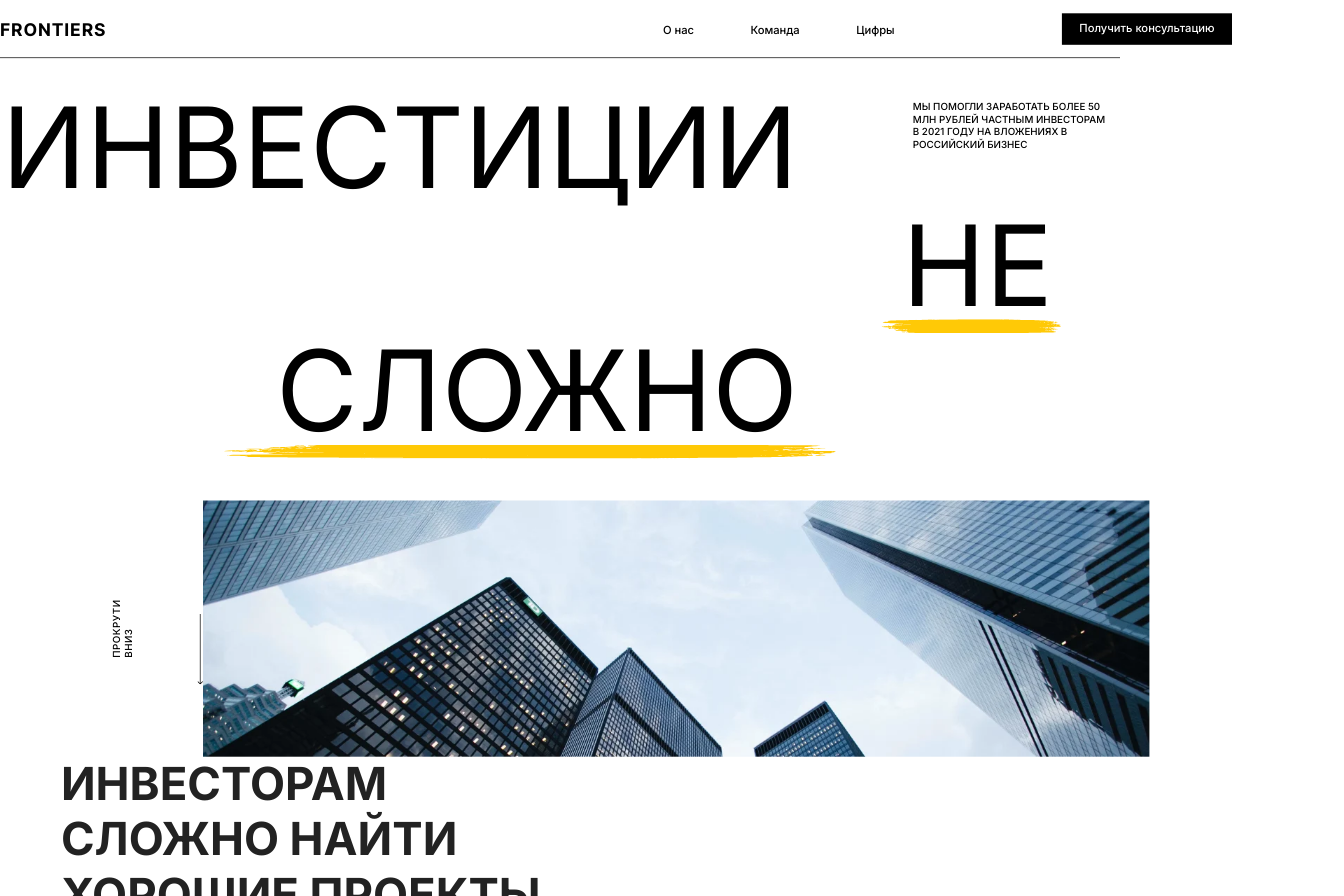
Repository: NadyaKorvin/frontiers
Page: /
The author's editor kept a copy of each file at every save. The page is drawn from the files as they stood at one save, then again after the next save.
The browser window is 1280 px wide. The page is 1920 px wide, so the pictures cover 1920 px, including what lies to the right of the window. The pictures show the part of the page from y = 0 to 1280 px (the page is 2633 px tall), at 70% of full size.
The project was rebuilt for these pictures with package versions that can differ from the ones it lists, and the page was loaded fresh each time.

Above is the page before, as saved 2022-05-26 16:47:20.

### public/index.html
<!DOCTYPE html>
<html lang="en">
  <head>
    <meta charset="utf-8" />
    <link rel="icon" href="%PUBLIC_URL%/favicon.ico" />
    <meta name="viewport" content="width=device-width, initial-scale=1" />
    <meta name="theme-color" content="#000000" />
    <meta name="description" content="Web site created using create-react-app" />
    <link rel="apple-touch-icon" href="%PUBLIC_URL%/logo192.png" />
    <link rel="manifest" href="%PUBLIC_URL%/manifest.json" />
    <link rel="preconnect" href="https://fonts.googleapis.com" />
    <link rel="preconnect" href="https://fonts.gstatic.com" crossorigin />
    <link href="https://fonts.googleapis.com/css2?family=Inter:wght@300;400;500;700&display=swap" rel="stylesheet" />
    <title>FRONTIERS</title>
  </head>
  <body>
    <noscript>You need to enable JavaScript to run this app.</noscript>
    <div id="root"></div>
  </body>
</html>

### src/index.js
import React from "react"
import ReactDOM from "react-dom/client"

import App from "./App"

const root = ReactDOM.createRoot(document.getElementById("root"))
root.render(
  <React.StrictMode>
    <App />
  </React.StrictMode>
)

### src/App.js
import { useState } from "react";
import "./App.css";
import { SecondScreenAnimation } from "./components/secondScreen/SecondScreenAnimation";
import FirstScreen from "./components/firstScreen/FirstScreen";
import LastScreen from "./components/lastScreen/LastScreen";

function App() {
  const [mousePosition, setMousePosition] = useState("");

  const listenUpperMousePosition = (event) => {
    console.log(event);
    console.log(event.target);
    setMousePosition(event.target);
  };

  return (
    <>
      <FirstScreen />
      <div className="App">
        <SecondScreenAnimation listenMousePosition={listenUpperMousePosition} />
      </div>
      <LastScreen />
    </>
  );
}
export default App;

### src/App.css
@import url("./reset.css");
@import url("./components/secondScreen/SecondScreen.css");
@import url("./font/font.css");
@import url("./components/firstScreen/FirstScreen.css");
@import url("./components/lastScreen/LastScreen.css");
@import url("./components/button/Button.css");
@import url("./components/form/Form.css");

body {
  font-family: "Inter";
}

### src/components/secondScreen/SecondScreenAnimation.js
export function SecondScreenAnimation({ listenMousePosition, mousePosition }) {
  let goUp = ""
  const goUpBlackLines = (mousePosition) => {
    if (mousePosition === "animation__text_first_part") {
      goUp = "up"
      return goUp
    }
  }
  goUpBlackLines(mousePosition)
  console.log(goUp)
  return (
    <div className="animation__text_block">
      {goUp != "up" ? (
        <div>
          <div className="animation__text" onMouseOver={listenMousePosition}>
            <p className="animation__text_first_part">Инвесторам сложно найти хорошие проекты,</p>
            <p className="animation__text_second_part">а хорошим проектам — инвестиции.</p>
          </div>
          <div className="animation__black_lines">
            <div className="animation__1th_black_line"></div>
            <div className="animation__2th_black_line"></div>
            <div className="animation__3th_black_line"></div>
          </div>
        </div>
      ) : (
        <div>
          <div className="animation__text" onMouseOver={listenMousePosition}>
            <p className="animation__text_first_part" style={{ color: "#fff" }}>
              Инвесторам сложно найти хорошие проекты,
            </p>
            <p className="animation__text_second_part" style={{ color: "#000" }}>
              а хорошим проектам — инвестиции.
            </p>
          </div>
          <div className="animation__black_lines">
            <div className="animation__1th_black_line" style={{ width: "484px", marginTop: "-475px" }}></div>
            <div className="animation__2th_black_line" style={{ width: "586px" }}></div>
            <div className="animation__3th_black_line" style={{ width: "722px" }}></div>
          </div>
        </div>
      )}
    </div>
  )
}

### src/components/firstScreen/FirstScreen.js
import React from "react";
import image from "./image.webp";

export default function firstScreen() {
  const pointer = (
    <svg
      width="8"
      height="101"
      viewBox="0 0 8 101"
      fill="none"
      xmlns="http://www.w3.org/2000/svg"
    >
      <path
        d="M4.35355 100.356C4.15829 100.551 3.84171 100.551 3.64645 100.356L0.464466 97.1735C0.269204 96.9783 0.269204 96.6617 0.464466 96.4664C0.659728 96.2712 0.976311 96.2712 1.17157 96.4664L4 99.2948L6.82843 96.4664C7.02369 96.2712 7.34027 96.2712 7.53553 96.4664C7.7308 96.6617 7.7308 96.9783 7.53553 97.1735L4.35355 100.356ZM3.5 100.002L3.5 0.00195312H4.5L4.5 100.002H3.5Z"
        fill="black"
      />
    </svg>
  );

  return (
    <>
      <section className="firstscreen">
        <header className="firstscreen__header">
          <div className="firstscreen__logotype">FRONTIERS</div>
          <div className="firstscreen__menu">
            <div className="firstscreen__nav">
              <nav className="firstscreen__nav_team">
                <ul>О нас</ul>
                <ul>Команда</ul>
                <ul>Цифры</ul>
              </nav>
            </div>
            <div className="firstscreen__button">
              <p className="firstscreen__text_btn">Получить консультацию</p>
            </div>
          </div>
        </header>
        <div className="firstscreen__content">
          <div className="firstscreen__content_left_text">
            <p>ИНВЕСТИЦИИ</p>
            <div>
              <p>СЛОЖНО</p>
              <div className="firstscreen__content_vector_complex" />
            </div>
          </div>
          <div className="firstscreen__content_rihgt_text">
            <div className="firstscreen__content_rihgt_text_up">
              <p>
                Мы помогли заработать более 50 млн рублей частным инвесторам в
                2021 году на вложениях в российский бизнес
              </p>
            </div>
            <div className="firstscreen__content_rihgt_text_down">
              <p>НЕ</p>
              <div className="firstscreen__content_vector_not" />
            </div>
          </div>
        </div>
        <div className="firstscreen__content_bottom_content">
          <div className="firstscreen__content_bottom_content_left">
            <div className="firstscreen__content_bottom_content_left_scrolldown">
              <p>ПРОКРУТИ ВНИЗ</p>
            </div>
            <div className="firstscreen__content_pointer">{pointer}</div>
          </div>
          <div className="firstscreen__content_bottom_content_right"></div>
          <img src={image} alt="" className="firstscreen__img" />
        </div>
      </section>
    </>
  );
}

### src/components/lastScreen/LastScreen.js
import React from "react";
import Form from "../form/Form"
import LogoKojo from "./LogoKojo"

export default function LastScreen() {
  return (
    <>
      <section className="lastscreen">
        <div className="lastscreen__wrapper">
          <div className="lastscreen__left_content">
            <p>
              ОТПРАВЬТЕ НАМ ЗАЯВКУ НА КОНСУЛЬТАЦИЮ И МЫ ПОДБЕРЕМ ДЛЯ ВАС
              НАИБОЛЕЕ ПОДХОДЯЩУЮ СТРАТЕГИЮ
            </p>
          </div>
          <div className="lastscreen__right_content">
            <div className="lastscreen__text_form">
              <p>ЗАПОЛНИТЕ ФОРМУ И МЫ С ВАМИ СВЯЖЕМСЯ В БЛИЖАЙШЕЕ ВРЕМЯ</p>
            </div>
            <Form />
          </div>
        </div>
        <footer className="lastscreen__footer">
          <div className="lastscreen__contact">
            <p>КОНТАКТЫ</p>
            <p>Санкт-Петербург, Невский пр-кт, 71 (5 этаж)</p>
            <p>+7 000 987 6543</p>
            <p><a href="mailto:info@frontiers.ru" >info@frontiers.ru</a></p>
          </div>
          <div className="lastscreen__design">
            <p>Дизайн и разработка</p>
            <LogoKojo />
          </div>
          <div className="lastscreen__frontiers">
            <p>FRONTIERS</p>
            <p>Политика конфиденциальности</p>
            <p>© 2022 Frontiers Group</p>
          </div>
        </footer>
      </section>
    </>
  );
}

### src/reset.css
html,
body,
div,
span,
applet,
object,
iframe,
h1,
h2,
h3,
h4,
h5,
h6,
p,
blockquote,
pre,
a,
abbr,
acronym,
address,
big,
cite,
code,
del,
dfn,
em,
img,
ins,
kbd,
q,
s,
samp,
small,
strike,
strong,
sub,
sup,
tt,
var,
b,
u,
i,
center,
dl,
dt,
dd,
ol,
ul,
li,
fieldset,
form,
label,
legend,
table,
caption,
tbody,
tfoot,
thead,
tr,
th,
td,
article,
aside,
canvas,
details,
embed,
figure,
figcaption,
footer,
header,
hgroup,
menu,
nav,
output,
ruby,
section,
summary,
time,
mark,
audio,
video {
  margin: 0;
  padding: 0;
  border: 0;
  font-size: 100%;
  font: inherit;
  vertical-align: baseline;
}

:focus {
  outline: 0;
}

article,
aside,
details,
figcaption,
figure,
footer,
header,
hgroup,
menu,
nav,
section {
  display: block;
}

body {
  line-height: 1;
}

ol,
ul {
  list-style: none;
}

blockquote,
q {
  quotes: none;
}

blockquote:before,
blockquote:after,
q:before,
q:after {
  content: "";
  content: none;
}

table {
  border-collapse: collapse;
  border-spacing: 0;
}

input[type="search"]::-webkit-search-cancel-button,
input[type="search"]::-webkit-search-decoration,
input[type="search"]::-webkit-search-results-button,
input[type="search"]::-webkit-search-results-decoration {
  -webkit-appearance: none;
  -moz-appearance: none;
}

input[type="search"] {
  -webkit-appearance: none;
  -moz-appearance: none;
  -webkit-box-sizing: content-box;
  -moz-box-sizing: content-box;
  box-sizing: content-box;
}

textarea {
  overflow: auto;
  vertical-align: top;
  resize: vertical;
}

[hidden] {
  display: none;
}

html {
  font-size: 100%; /* 1 */
  -webkit-text-size-adjust: 100%; /* 2 */
  -ms-text-size-adjust: 100%; /* 2 */
}

a:focus {
  outline: thin dotted;
}

a:active,
a:hover {
  outline: 0;
}

img {
  border: 0;
  -ms-interpolation-mode: bicubic;
}

figure {
  margin: 0;
}

form {
  margin: 0;
}

fieldset {
  border: 1px solid #c0c0c0;
  margin: 0 2px;
  padding: 0.35em 0.625em 0.75em;
}

legend {
  border: 0; /* 1 */
  padding: 0;
  white-space: normal; /* 2 */
  *margin-left: -7px; /* 3 */
}

button,
input,
select,
textarea {
  font-size: 100%; /* 1 */
  margin: 0; /* 2 */
  vertical-align: baseline; /* 3 */
  *vertical-align: middle; /* 3 */
}

button,
input {
  line-height: normal;
}

button,
select {
  text-transform: none;
}

button,
html input[type="button"], /* 1 */
input[type="reset"],
input[type="submit"] {
  -webkit-appearance: button; /* 2 */
  cursor: pointer; /* 3 */
  *overflow: visible; /* 4 */
}

button[disabled],
html input[disabled] {
  cursor: default;
}

input[type="checkbox"],
input[type="radio"] {
  box-sizing: border-box; /* 1 */
  padding: 0; /* 2 */
  *height: 13px; /* 3 */
  *width: 13px; /* 3 */
}

input[type="search"] {
  -webkit-appearance: textfield; /* 1 */
  -moz-box-sizing: content-box;
  -webkit-box-sizing: content-box; /* 2 */
  box-sizing: content-box;
}

input[type="search"]::-webkit-search-cancel-button,
input[type="search"]::-webkit-search-decoration {
  -webkit-appearance: none;
}

button::-moz-focus-inner,
input::-moz-focus-inner {
  border: 0;
  padding: 0;
}

textarea {
  overflow: auto; /* 1 */
  vertical-align: top; /* 2 */
}

table {
  border-collapse: collapse;
  border-spacing: 0;
}

html,
button,
input,
select,
textarea {
  color: #222;
}

::-moz-selection {
  background: #b3d4fc;
  text-shadow: none;
}

::selection {
  background: #b3d4fc;
  text-shadow: none;
}

img {
  vertical-align: middle;
}

fieldset {
  border: 0;
  margin: 0;
  padding: 0;
}

textarea {
  resize: vertical;
}

.chromeframe {
  margin: 0.2em 0;
  background: #ccc;
  color: #000;
  padding: 0.2em 0;
}

### src/components/secondScreen/SecondScreen.css
.second__screen {
  display: flex;
  justify-content: space-between;
  margin: 0 auto;
  margin-top: 174px;
  /* придкмать решение сделать по центру*/
  display: flex;
  width: 1600px;
  height: 733px;
}

.animation__text_block {
  display: block;
  margin-left: 87px;
}

.animation__text_first_part,
.animation__text_second_part {
  width: 770px;
  text-transform: uppercase;
  font-size: 65px;
  font-weight: 700;
  line-height: 79px;
  transition: 0.6s ease-out;
}

.animation__text_second_part {
  color: #fff;
}

.animation__black_lines {
  margin-left: -10px;
  margin-top: -236px;
}

.animation__1th_black_line {
  margin-bottom: 5px;
  height: 75px;
  width: 444px;
  background-color: #000;
  transition: 0.6s ease-out;
}

.animation__2th_black_line {
  margin-bottom: 5px;
  height: 75px;
  width: 475px;
  background-color: #000;
  transition: 0.6s ease-out;
}
.animation__3th_black_line {
  height: 75px;
  width: 502px;
  background-color: #000;
  transition: 0.6s ease-out;
}

.right__part {
  display: flex;
  margin-left: 190px;
  flex-direction: column;
}

.conversation__image {
  margin-right: 222px;
  display: block;
  width: 400px;
  height: 400px;
  background: url("../secondScreen/people.png");
}

.decoration_marks {
  margin-top: -110px;
  transform: rotate(-180deg);
  font-size: 200px;
  font-weight: 300;
}

.text_paragraph {
  margin-left: 90px;
  width: 431px;
  font-size: 18px;
  font-weight: 400;
  line-height: 23px;
  text-transform: uppercase;
  line-height: 130%;
}

### src/font/font.css
@font-face {
  font-family: "Inter";
  src:
    url("./Inter-Bold.ttf") format("truetype")
    url("./Inter-Bold.woff2") format("woff2"),
    url("./Inter-Bold.woff") format("woff");
  font-weight: 700;
  font-style: normal;
  font-stretch: normal;
  unicode-range: U+0020-E0D0;
}

@font-face {
  font-family: "Inter";
  src:
    url("./Inter-Regular.woff2") format("woff2"),
    url("./Inter-Regular.ttf") format("truetype")
    url("./Inter-Regular.woff") format("woff");
  font-weight: 400;
  font-style: normal;
  font-stretch: normal;
  unicode-range: U+0020-E0D0;
}

@font-face {
    font-family:'Inter Medium';
    src:
        url("./Inter-Medium.ttf") format("truetype")
        url('Inter-Medium.woff2') format('woff2'),
		url('Inter-Medium.woff') format('woff');
    font-weight: 500;
    font-style: normal;
    font-stretch: normal;
    unicode-range: U+0020-E0D0;
}

@font-face {
    font-family:'Inter Light';
    src:
        url("./Inter-Light.ttf") format("truetype")
        url('Inter-Light.woff2') format('woff2'),
		url('Inter-Light.woff') format('woff');
    font-weight: 300;
    font-style: normal;
    font-stretch: normal;
    unicode-range: U+0020-E0D0;
}

### src/components/firstScreen/FirstScreen.css
.firstscreen {
  height: 1080px;
}

.firstscreen__header {
  width: 1600px;
  height: 82px;
  margin: 0 auto;
  border-bottom: 1px solid #000000;
  display: flex;
  justify-content: space-between;
}

.firstscreen__logotype {
  width: 151px;
  height: 30px;
  padding-top: 27px;
  font-family: "Inter";
  font-style: normal;
  font-weight: 700;
  font-size: 25px;
  line-height: 30px;
  letter-spacing: 0.05em;
  color: #000000;
}

.firstscreen__menu {
  padding-top: 33px;
  width: 653px;
  display: flex;
  justify-content: space-between;
}

.firstscreen__nav {
  width: 331px;
}

.firstscreen__nav_team {
  display: flex;
  justify-content: space-between;

  font-family: "Inter";
  font-style: normal;
  font-weight: 500;
  font-size: 16px;
  line-height: 19px;

  color: #000000;
}

.firstscreen__button {
  position: absolute;
  width: 243px;
  height: 45px;
  left: 1517px;
  top: 19px;
  background: #000000;
}

.firstscreen__text_btn {
  padding-top: 12px;
  padding-bottom: 12px;
  font-family: "Inter";
  font-style: normal;
  font-weight: 500;
  font-size: 16px;
  line-height: 19px;
  text-align: center;
  color: #ffffff;
}

.firstscreen__content {
  margin: 0 auto;
  width: 1600px;
  margin-top: 30px;
  display: flex;
}

.firstscreen__content_left_text {
  width: 1140px;
  height: 542px;
  display: flex;
  flex-direction: column;
  justify-content: space-between;
  text-align: end;
  font-family: "Inter";
  font-style: normal;
  font-weight: 400;
  font-size: 160px;
  line-height: 194px;
  text-transform: uppercase;
  color: #000000;
}

.firstscreen__content_vector_complex {
  margin-top: -20px;
  margin-left: 320px;
  width: 874px;
  height: 20px;
  background: url("./complex.svg");
}

.firstscreen__content_rihgt_text {
  margin-top: 30px;
  margin-left: 164px;
  width: 279px;
  height: 332px;
}

.firstscreen__content_rihgt_text_up {
  font-family: "Inter";
  font-style: normal;
  font-weight: 500;
  font-size: 14px;
  line-height: 130%;
  text-transform: uppercase;
  color: #000000;
}

.firstscreen__content_rihgt_text_down {
  margin-top: 66px;
  margin-left: -15px;
  width: 215px;
  height: 194px;
  font-family: "Inter";
  font-style: normal;
  font-weight: 400;
  font-size: 160px;
  line-height: 194px;
  text-transform: uppercase;
  color: #000000;
}

.firstscreen__content_vector_not {
  margin-top: -20px;
  margin-left: -30px;
  width: 256px;
  height: 20px;
  background: url(./not.svg);
}

.firstscreen__content_bottom_content {
  margin-top: 60px;
  margin-left: 160px;
  display: flex;
  justify-content: space-between;
}

.firstscreen__content_bottom_content_left {
  display: flex;
}

.firstscreen__content_bottom_content_left_scrolldown {
  margin-left: 139px;
  font-family: "Inter";
  font-style: normal;
  font-weight: 500;
  font-size: 14px;
  line-height: 17px;
  letter-spacing: 0.05em;
  color: #000000;
  transform: rotate(-90deg);
}

.firstscreen__content_pointer {
  margin-top: 162px;
  margin-left: -100px;
}

.firstscreen__img {
  width: 1352px;
  height: 366px;
}

### src/components/lastScreen/LastScreen.css
.lastscreen {
  width: 1920px;
  height: 1080px;
}

.lastscreen__wrapper {
  position: relative;
  top: 109px;
  left: 170px;
  display: flex;
  justify-content: space-between;
  width: 1590px;
  height: 553px;
}

.lastscreen__left_content {
  position: relative;
  width: 775px;
  height: 553px;
  box-sizing: border-box;
  font-family: "Inter";
  font-style: normal;
  font-weight: 700;
  font-size: 65px;
  line-height: 79px;
  text-transform: uppercase;
  color: #000000;
}

.lastscreen__right_content {
  position: relative;
  width: 529px;
  height: 553px;
}

.lastscreen__text_form {
  width: 529px;
  height: 46px;
  left: 1231px;
  top: 4438px;
  font-family: "Inter";
  font-style: normal;
  font-weight: 400;
  font-size: 18px;
  line-height: 130%;
  text-transform: uppercase;
  color: #000000;
}

.lastscreen__footer {
  position: relative;
  margin: 308px 160px 0;
  width: 1600px;
  border-top: 1px solid #000000;
  bottom: 0px;
  display: flex;
  justify-content: space-between;
}

.lastscreen__contact {
  width: 357px;
}

.lastscreen__contact > p:nth-child(1) {
  padding: 33px 0 20px;
  font-family: "Inter";
  font-style: normal;
  font-weight: 700;
  font-size: 25px;
  line-height: 30px;
  color: #000000;
}

.contact > p:nth-child(2),
.contact > p:nth-child(3),
.contact > p:nth-child(4) {
  padding-bottom: 15px;
}

.design {
  padding-top: 150px;
  width: 260px;
  display: flex;
  margin-left: -80px;
  justify-content: space-between;
}

.frontiers {
  width: 250px;
  text-align: end;
}

.lastscreen__frontiers > p:nth-child(1) {
    padding: 30px 0 57px;
    font-family: "Inter";
    font-style: normal;
    font-weight: 700;
    font-size: 25px;
    line-height: 30px;
    color: #000000;
  }

.lastscreen__frontiers > p:nth-child(2),
.lastscreen__frontiers > p:nth-child(3) {
    padding-bottom: 15px;
}

a {
    text-decoration: none;
    color: #000000;
}

### src/components/button/Button.css
.form__button {
  position: relative;
  display: block;
  width: 243px;
  height: 55px;
  font-family: "Inter";
  font-size: 16px;
  background-color: #000000;
  border: 0;
  text-align: center;
  cursor: pointer;
  font-family: "Inter";
  font-style: normal;
  font-weight: 500;
  font-size: 16px;
  line-height: 19px;
  color: #ffffff;
}

### src/components/form/Form.css
.form {
  margin-top: 60px;
  width: 529px;
  height: 355px;
  border-top: 1px solid #d1d1d1;
}

.form__input,
.form__textarea {
  width: 529px;
  height: 80px;
  border: 0;
  outline: none;
  font-size: 18px;
  color: #000000;
  text-transform: uppercase;
}

.form__textarea {
  height: 80px;
  line-height: 80px;
  overflow: hidden;
  /* resize: none; */
}

.form__borders {
  border-bottom: 1px solid #d1d1d1;
}

.form__consent {
  display: -webkit-box;
  display: -ms-flexbox;
  display: flex;
  margin: 30px 0 0;
}

.form__policy_text {
  margin-top: 15px;
  margin-left: 15px;
  width: 250px;
  height: 40px;
  box-sizing: border-box;
  font-family: "Inter";
  font-style: normal;
  font-weight: 400;
  font-size: 13px;
  line-height: 150%;
  color: #787878;
}

.form__checkbox {
  opacity: 0;
  width: 0;
}

.form__checkfake {
  margin: 15px 0;
  display: block;
  width: 15px;
  height: 15px;
  border: 1px solid #1f1f1f;
  cursor: pointer;
}

.form__checkfake::before {
  content: "";
  position: absolute;
  display: block;
  width: 14px;
  height: 14px;
  background: url("./checkmark.svg");
  opacity: 0;
}

.form__checkbox:checked + .form__checkfake::before {
  opacity: 1;
}

.form__focus {
  text-transform: uppercase;
  color: #ff0000;
  margin-bottom: 10px;
  font-size: 13px;
}

.form__focus_consent {
  position: relative;
  top: 10px;
  text-transform: uppercase;
  color: #ff0000;
  font-size: 13px;
}

.form__btn {
    margin-top: 14px;
  position: relative;
  overflow: hidden;
}

### src/components/button/Button.js
import React from "react";

export default function Button({ title }) {
  return (
    <>
      <button className="form__button" >
        {title}
      </button>
    </>
  );
}

Loaded but not shown: src/components/lastScreen/LogoKojo.js (76 lines, source omitted); src/components/form/Form.js (142 lines, source omitted)

After the next save:
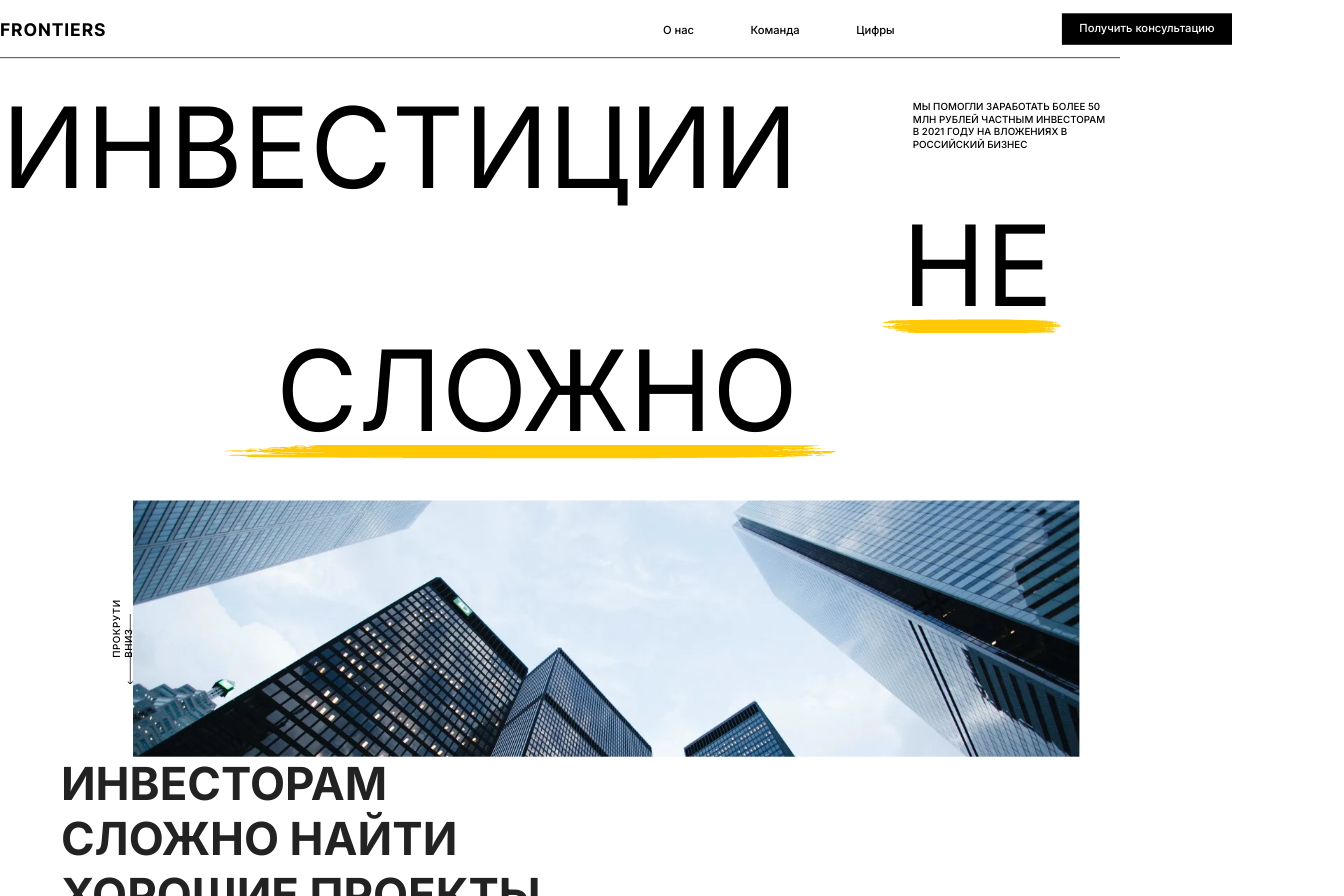
Saved 7 s later.
--- a/src/components/firstScreen/FirstScreen.css
+++ b/src/components/firstScreen/FirstScreen.css
@@ -164,7 +164,7 @@
 
 .firstscreen__content_pointer {
   margin-top: 162px;
-  margin-left: -100px;
+  margin-left: -200px;
 }
 
 .firstscreen__img {
